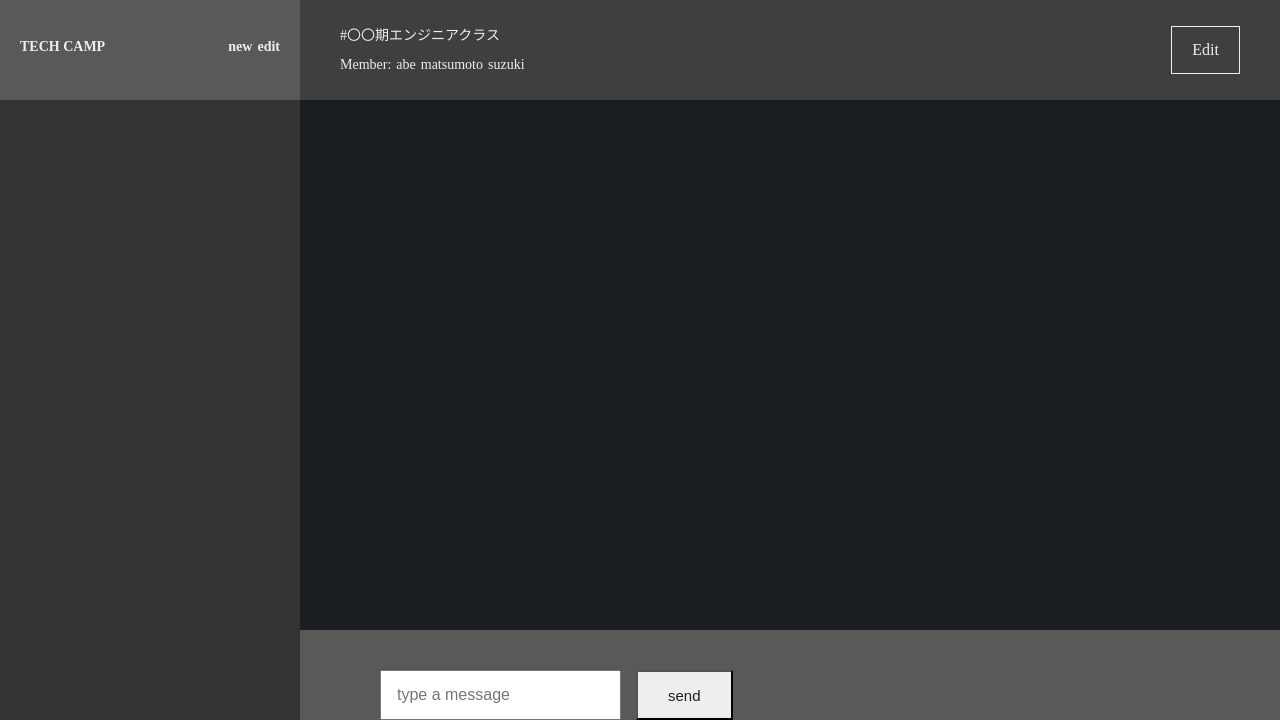
Repository: m-mao/firsa_app
Page: html_css/chat-app/index.html
The author's editor kept a record of every edit. The page is drawn from the files as they stood at one moment, then again after the next edit.
The browser window is 1280 px wide. The pictures show the whole page.

Above is the page before.

After the next edit:
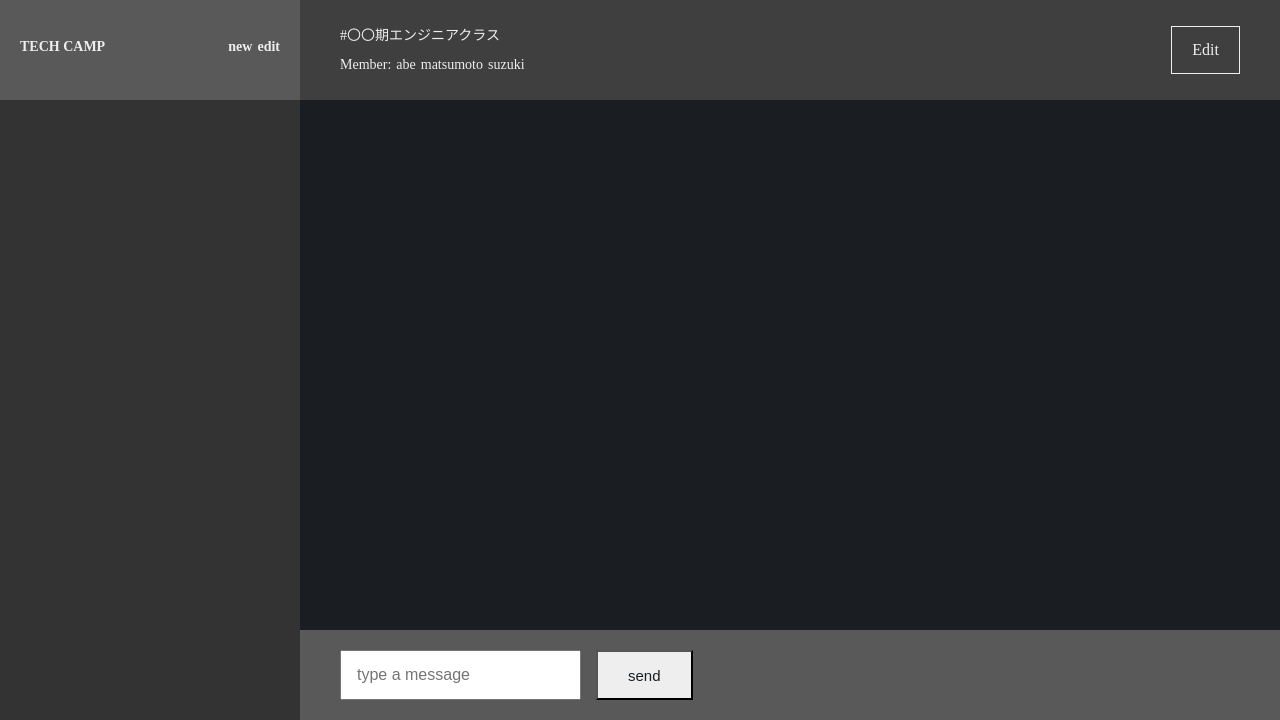
The edit:
--- a/html_css/chat-app/style.css
+++ b/html_css/chat-app/style.css
@@ -99,7 +99,6 @@
 
 .new-message {
  display: flex;
- margin: 20px 40px;
 }
 
 .input-text {
